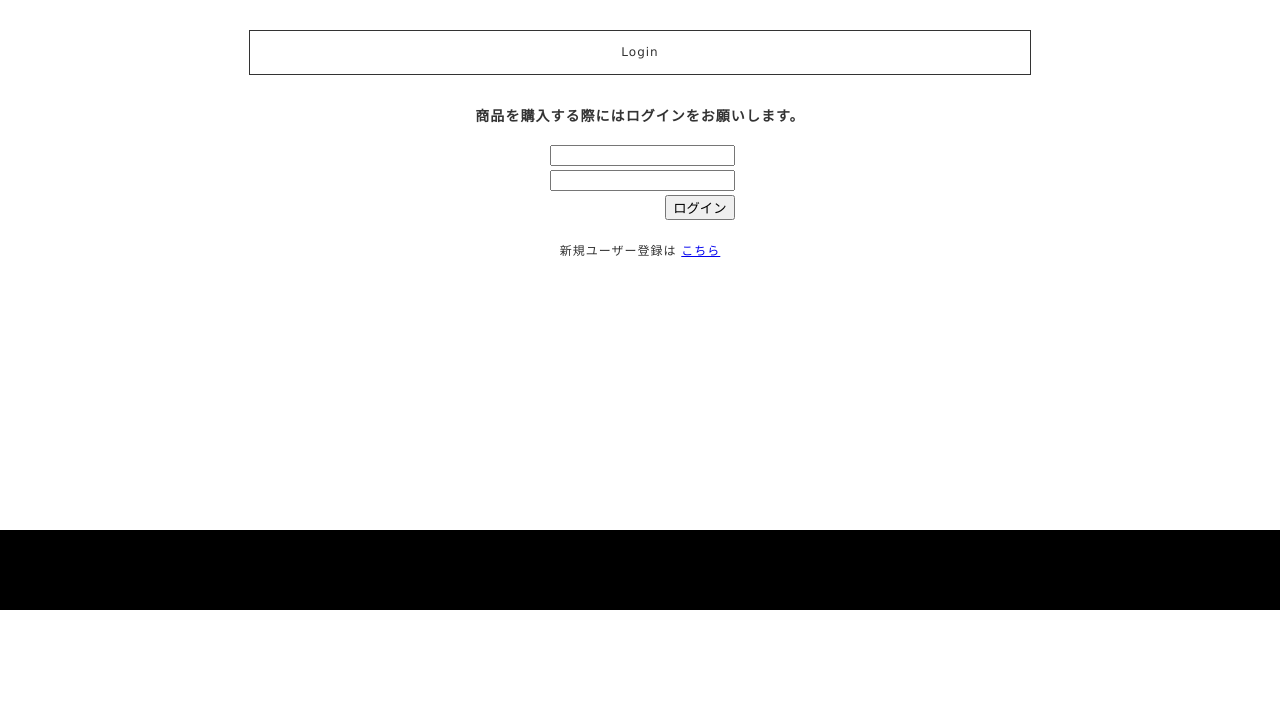
Repository: takaya1112/ECsite
Page: http://localhost/templete/HomeAction.action
An editor plug-in stored every save of this project. The page is shown before and after the next save, followed by the edit.
The browser window is 1280 px wide. The pictures show the whole page.
The page is served by Tomcat 9. Other server files are loaded and not shown.

Above is the page before, as saved 2018-10-29 12:13:08.

### templete/WebContent/login.jsp
<%@ page language="java" contentType="text/html; charset=UTF-8"
    pageEncoding="UTF-8"%>
<%@ taglib prefix="s" uri="/struts-tags"%>
<!DOCTYPE html>
<html>
<head>
    <meta http-equiv="Content-Type" content="text/html; charset=UTF-8">
    <meta http-equiv="Content-Style-Type" content="text/css" />
    <meta http-equiv="Content-Script-Type" content="text/javascript" />
    <meta http-equiv="imagetoolbar" content="no" />
    <meta name="description" content="" />
    <meta name="keywords" content="" />
    <title>Login画面</title>

    <style type="text/css">
    /* ========TAG LAYOUT======== */
        body{
          margin:0;
          padding:0;
          line-height:1.6;
          letter-spacing:1px;
          font-family:Verdana, Helvetica, sans-serif;
          font-size:12px;
          color:#333;
          background:#fff;
        }

        table {
          text-align:center;
          margin:0 auto;
        }
        /* ========ID LAYOUT======== */
        #top {
          width:780px;
          margin:30px auto;
          border:1px solid #333;
        }

        #header {
          width: 100%
          height: 80px
          background-color:black;
        }

        #main {
          width: 100%;
          height: 500px;
          text-align: center;
        }

        #footer {
          width: 100%;
          height: 80px;
          background-color: black;
          clear:both;
        }
        </style>
</head>
<body>
    <div id="header">
        <div id="pr">
        </div>
    </div>
    <div id="main">
        <div id="top">
            <p>Login</p>
        </div>
        <div>
            <h3>商品を購入する際にはログインをお願いします。</h3>
            <s:form action="LoginAction">
                    <s:textfield name="loginUserId"/>
                    <s:password name="loginPassword"/>
                    <s:submit value="ログイン"/>
            </s:form>
            <br/>
            <div>
                <span>新規ユーザー登録は
                   <a href='<s:url action="UserCreateAction"/>'>こちら</a>
                </span>
            </div>
        </div>
    </div>
    <div id="footer">
        <div id="pr">
        </div>
    </div>
</body>
</html>

After the next save:
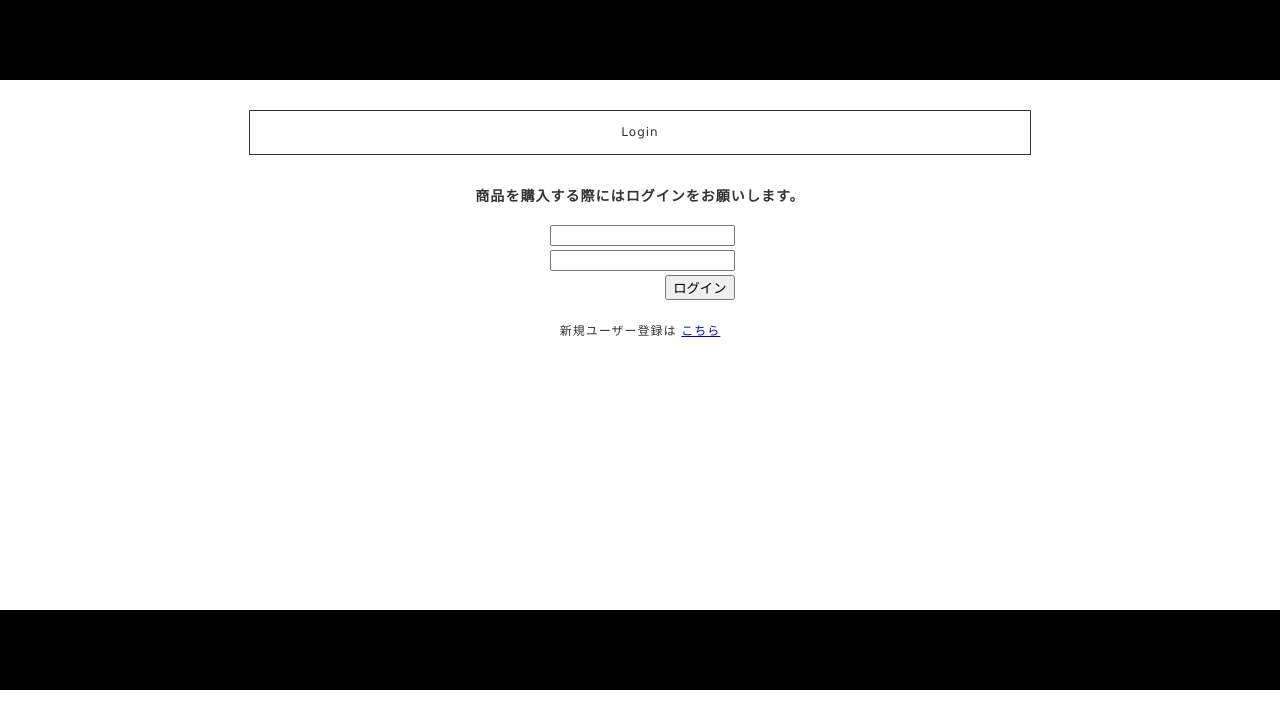
Saved 2 min 50 s later.
--- a/templete/WebContent/login.jsp
+++ b/templete/WebContent/login.jsp
@@ -37,8 +37,8 @@
         }
 
         #header {
-          width: 100%
-          height: 80px
+          width: 100%;
+          height: 80px;
           background-color:black;
         }
 
